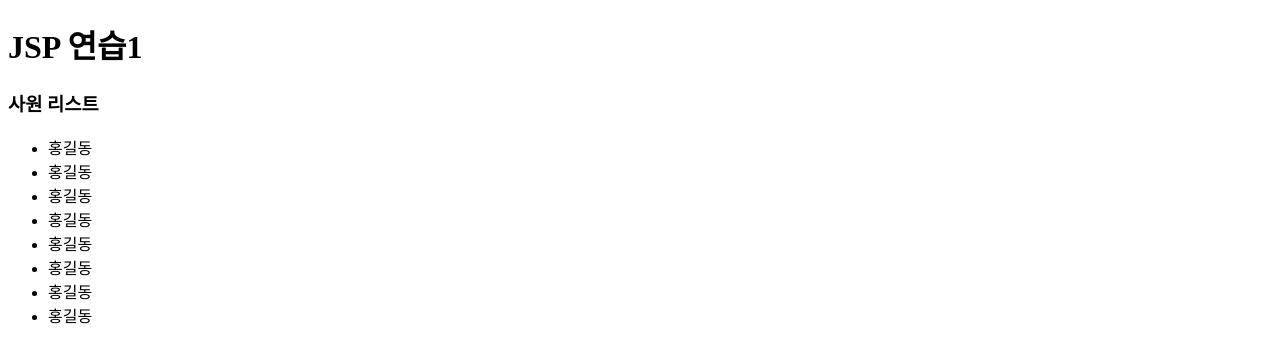
Repository: onuo77/HTA
Page: http://localhost/sample/basic/demo1.jsp
The author's editor kept a copy of each file at every save. The page is drawn from the files as they stood at one save, then again after the next save.
The browser window is 1280 px wide. The pictures show the whole page.
The page is served by Tomcat 9. Other server files are loaded and not shown.

Above is the page before, as saved 2021-05-18 08:22:04.

### java-web/sample/src/main/webapp/basic/demo1.jsp
<%@page import="java.util.ArrayList"%>
<%@page import="java.util.List"%>
<%@ page language="java" contentType="text/html; charset=UTF-8"
    pageEncoding="UTF-8"%>
<!DOCTYPE html>
<html>
<head>
<meta charset="UTF-8">
<title>Insert title here</title>
</head>
<body>
	<h1>JSP 연습1</h1>

	<%
		List<String> names = new ArrayList<String>();
		names.add("김유신");
		names.add("강감찬");
		names.add("이순신");
		names.add("유관순");
		names.add("안창호");
		names.add("안중근");
		names.add("이봉창");
		names.add("윤봉길");
	%>

	<h3>사원 리스트</h3>
	<ul>
	<%

	%>
		<li>홍길동</li>
		<li>홍길동</li>
		<li>홍길동</li>
		<li>홍길동</li>
		<li>홍길동</li>
		<li>홍길동</li>
		<li>홍길동</li>
		<li>홍길동</li>
	</ul>
</body>
</html>

After the next save:
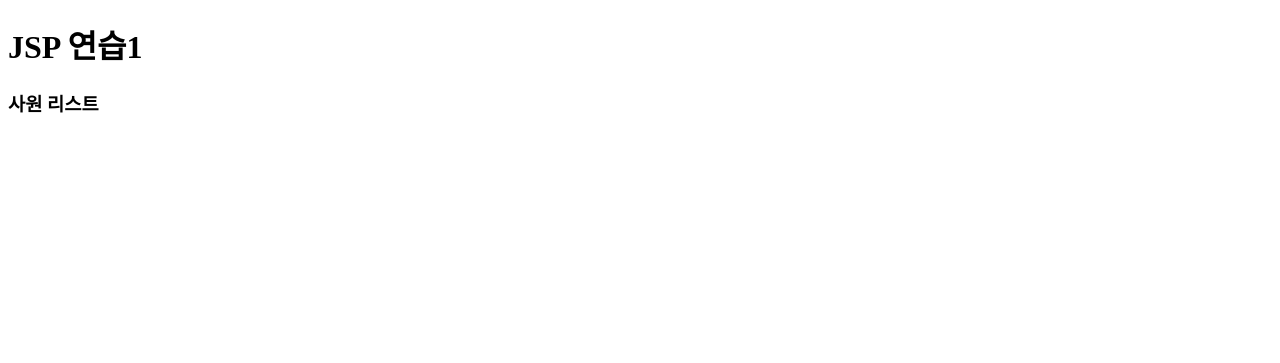
Saved 70 s later.
--- a/java-web/sample/src/main/webapp/basic/demo1.jsp
+++ b/java-web/sample/src/main/webapp/basic/demo1.jsp
@@ -26,16 +26,10 @@
 	<h3>사원 리스트</h3>
 	<ul>
 	<%
-
+		for(String name : names){
+			System.out.println("<li>"+name+"</li>");
+		}
 	%>
-		<li>홍길동</li>
-		<li>홍길동</li>
-		<li>홍길동</li>
-		<li>홍길동</li>
-		<li>홍길동</li>
-		<li>홍길동</li>
-		<li>홍길동</li>
-		<li>홍길동</li>
 	</ul>
 </body>
 </html>

After the 3 saves that followed:
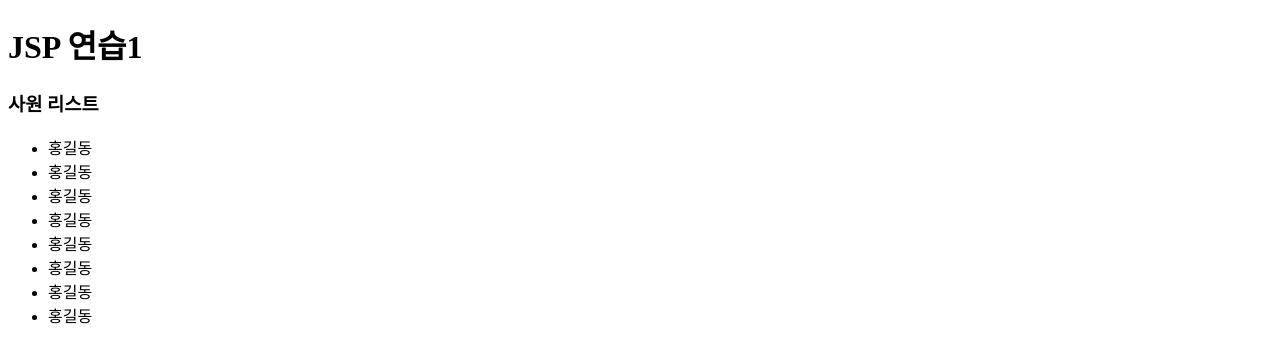
The 3 saves are shown as one change because 1 did not build or start and 1 left the picture as it was.
The last was saved 52 s later.
--- a/java-web/sample/src/main/webapp/basic/demo1.jsp
+++ b/java-web/sample/src/main/webapp/basic/demo1.jsp
@@ -27,7 +27,9 @@
 	<ul>
 	<%
 		for(String name : names){
-			System.out.println("<li>"+name+"</li>");
+	%>
+			<li>홍길동</li>
+	<%
 		}
 	%>
 	</ul>
